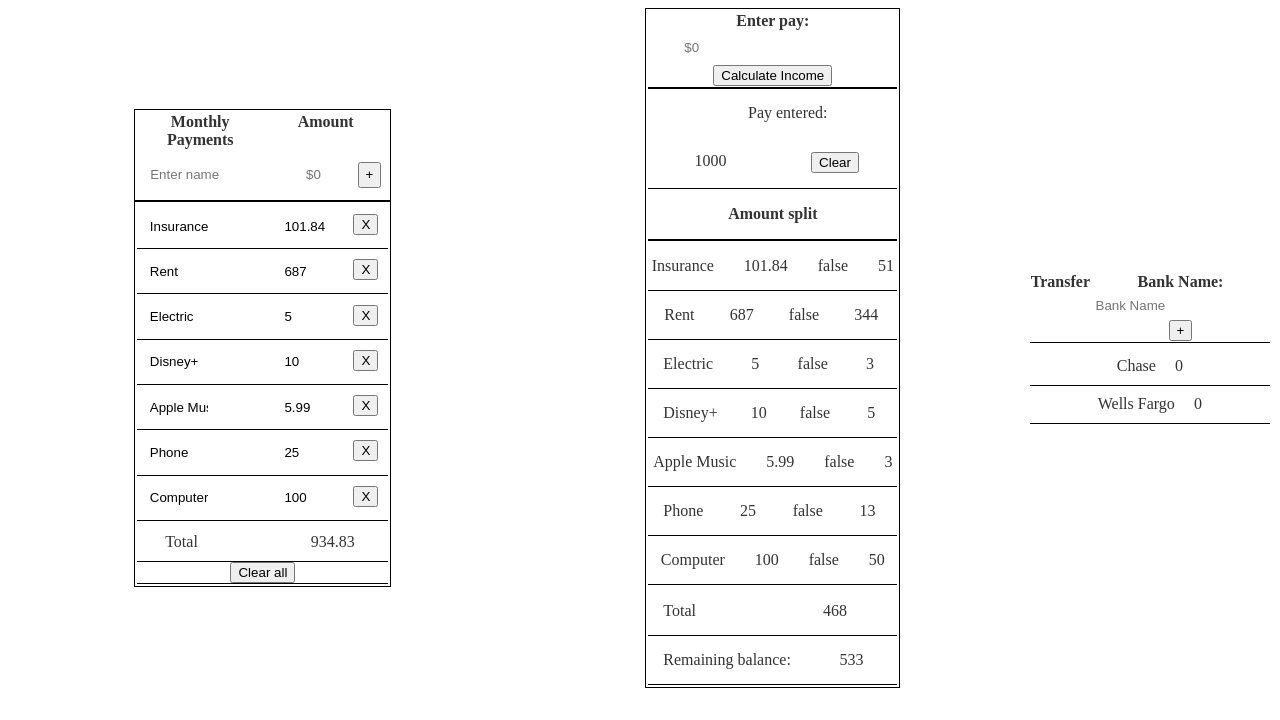
Repository: Kayla-amr/final-project-vue
Page: /
The author's editor kept a copy of each file at every save. The page is drawn from the files as they stood at one save, then again after a run of saves.
The browser window is 1280 px wide. The pictures show the whole page.
The project was rebuilt for these pictures with package versions that can differ from the ones it lists, and the page was loaded fresh each time. Also part of the build but not shown: vite.config.js.

Above is the page before, as saved 2023-04-11 17:33:38.

### src/App.vue
<script setup>
import OutcomeForm from './components/OutcomeForm.vue';
import DocumentBudget from './components/DocumentBudget.vue';
import SplitBudget from './components/SplitBudget.vue';
import BankTransfer from './components/BankTransfer.vue';


</script>

<template>
    <div id="app">
        <div class="budgetFormList">
            <outcome-form @add:budget="addBudgets" />
            <document-budget :budgets="budgets" />
        </div>
        <div class="incomeSplitList">
            <split-budget :budgets="budgets" @add:income="addIncomes" :incomes="incomes" />
        </div>
        <div class="bankTransferList">
            <bank-transfer @add:bank="addBanks" :budgets="budgets" :incomes="incomes" :banks="banks" />
        </div>
    </div>
</template>

<script>
export default {
    name: 'app',
    components: {
        OutcomeForm,
        DocumentBudget,
        SplitBudget,
        BankTransfer
    },
    data() {
        return {
            budgets: [
                {
                    id: 1,
                    name: "Insurance",
                    amount: 101.84,
                    selected: false
                },
                {
                    id: 2,
                    name: "Rent",
                    amount: 687,
                    selected: false
                },
                {
                    id: 3,
                    name: "Electric",
                    amount: 5,
                    selected: false
                },
                {
                    id: 4,
                    name: "Disney+",
                    amount: 10,
                    selected: false
                },
                {
                    id: 5,
                    name: "Apple Music",
                    amount: 5.99,
                    selected: false
                },

                {
                    id: 6,
                    name: "Phone",
                    amount: 25,
                    selected: false
                },
                {
                    id: 7,
                    name: "Computer",
                    amount: 100,
                    selected: false
                }
            ],
            incomes: [
                {
                    id: 1,
                    amount: 1000,
                }

            ],
            banks: [
                {
                    id: 1,
                    name: "Chase",
                    amount: 0,
                },
                {
                    id: 2,
                    name: "Wells Fargo",
                    amount: 0,
                }
            ]
        }
    },

    //map method  or filter

    //property in object true or false



    methods: {
        addBudgets(budget) {
            const addId = this.budgets.length > 0 ? this.budgets[this.budgets.length - 1].id : 0;
            const id = addId + 1;

            const newBudgets = {
                id,
                ...budget
            }

            this.budgets = [...this.budgets, newBudgets]

        },
        addIncomes(income) {
            const addId = this.incomes.length > 0 ? this.incomes[this.incomes.length - 1].id : 0;
            const id = addId + 1;

            const newIncomes = {
                id,
                ...income
            }

            this.incomes = [...this.incomes, newIncomes]
        },
        addBanks(bank) {
            const addId = this.banks.length > 0 ? this.banks[this.banks.length - 1].id : 0;
            const id = addId + 1;

            const newBanks = {
                id,
                ...bank
            }

            this.banks = [...this.banks, newBanks]
        },
        transferHere(selectedBudget, selectedBank) {
            const budget = this.budgets.find((b) => b.id === selectedBudget.id);
            const bank = this.banks.find((b) => b.id === selectedBank.id);

            bank.amount += budget.amount;
            budget.amount = 0;

            this.budgets = [...this.budgets];
            this.banks = [...this.banks];
        },


    }
}
</script>

<style>
#app {
    display: flex;
    flex-direction: row;
    align-items: center;
    width: 100%;
    height: 100%;
    color: #333;
}

.budgetFormList {
    width: 100%;
}

.incomeSplitList {
    width: 100%;
}
</style>

### src/components/OutcomeForm.vue
<template>
  <div>
    <form @submit.prevent="handleSubmit" class="outcomeForm">
      <table>
        <thead>
          <tr>
            <th>Monthly Payments</th>
            <th>Amount</th>
          </tr>
        </thead>
        <tbody>
          <tr>
            <td>
              <input class="name" type="text" v-model="budgets.name" placeholder="Enter name...">
            </td>
            <td class="otd">
              <input class="amount" type="text" v-model="budgets.amount" placeholder="$0" />

              <button type="submit">+</button>
            </td>
          </tr>
        </tbody>
      </table>
    </form>
  </div>
</template>

//Look for string in total and make them numbers

<script>

export default {
  name: 'outcome-form',
  data() {
    return {
      budgets: {
        name: "",
        amount:""
      }
    }
  },
  methods: {
    handleSubmit() {
      const budget = {
        name: this.budgets.name,
        amount: this.budgets.amount
      }
      this.$emit('add:budget', budget)
    }
  }
}
</script>

<style>
table{
    width: 100%;
}
.outcomeForm {
    margin: 0 auto;
    width: 50%;
    border: 1px solid black;
    border-collapse: collapse;
}

.outcomeForm th{
  width: 100%;
}
.otd {
  display: flex;
}
.outcomeForm tr{
    border: none;
    justify-content: space-between;

}

input{
  padding: 2% 0;
  margin: 2% ;
  width: inherit;
  border: none;
}

.name{
    width: 50%;
}
.amount{
    width: 50px;
}
</style>

### src/components/DocumentBudget.vue
<template>
    <div class="document-budget">
        <table>
            <tbody>
                <tr class="budgetList" v-for="budget in budgets" :key="budget.id">
                    <td class="name"> <input type="text" v-model="budget.name"></td>
                    <td class="amount"><input type="text" v-model="budget.amount"></td>
                    <td><button @click="removeBudget(budget.id)">X</button></td>
                </tr>
            </tbody>
            <tfoot>
                <tr>
                    <td class="name">Total</td>
                    <td class="amount">{{ total }}</td>
                </tr>
                <tr><button @click="clearAll()">Clear all</button></tr>
            </tfoot>
        </table>
    </div>

</template>

<script>
export default {
    name: 'document-budget',
    props: {
        budgets: Array
    },
    computed: {
        total() {
    return this.budgets.reduce((total, budget) => {
      return total + parseFloat(budget.amount)
    }, 0)
  }

    },
    methods: {
        removeBudget(id) {
            const index = this.budgets.findIndex(budget => budget.id === id)
            this.budgets.splice(index, 1)
        },
        clearAll(){
            this.budgets.splice(0, this.budgets.length)
        },
    }
}
</script>

<style>
.document-budget {
    margin: 0 auto;
    width: 50%;
    border: 1px solid black;
    border-collapse: collapse;
}
tr{
    width: 100%;
    display: flex;
    border: none;
    justify-content: center;
    border-bottom: 1px solid black;

}
td{
    border: none;
    padding: 2%;
    margin: 2%;
}

tfoot td{
    width: 100%;
}
.document-budget .amount button{
    margin-left: 10px;
}
.amount{
    display: flex;
    flex-direction: row;
    align-items: center;
}

.budgetDivided{
    width: 20%;
}

.budgetDivided td{
    padding: 10px;
    display: flex;
    justify-content: center;
}

</style>

### src/components/SplitBudget.vue
<template>
    <div>
        <table>
            <thead>

            </thead>
            <tbody>

            </tbody>
        </table>
    </div>
    <div>
        <table class="budgetDivided">
            <thead>
                <tr>
                    <th>
                        <form @submit.prevent="handleSubmit">
                            <label for="amount">Enter pay:</label>
                            <input type="text" id="amount" v-model="income.amount" placeholder="$0" />
                            <button type="submit">Calculate Income</button>
                        </form>
                    </th>
                </tr>

                <td>Pay entered: </td>
                <tr v-for="income in incomes" :key="income.id">
                    <td>{{ income.amount }}</td>
                    <td> <button type="delete" @click="deleteIncome(income.id)">Clear</button></td>
                </tr>
                <tr>
                    <th>
                    <td>Amount split</td>
                    </th>

                </tr>

            </thead>
            <tbody>

                <tr v-for="budget in budgets" :key="budget.id" @click="selectBudget(budget)">
                    <td>{{ budget.name }}</td>
                    <td>{{ budget.amount }}</td>
                    <td>{{ budget.selected }}</td>
                    <td>
                        {{ Math.ceil(budget.amount / 2) }}
                    </td>
                </tr>
            </tbody>
            <tfoot>
                <tr>
                    <td class="name">Total</td>
                    <td class="amount totalDivided">{{ Math.ceil(totalDivided) }}</td>
                </tr>
                <tr v-for="income in incomes" :key="income.id">
                    <td>Remaining balance:</td>
                    <td>{{ Math.ceil(income.amount - totalDivided) }}</td>
                </tr>
            </tfoot>
        </table>
    </div>
</template>

<script>
export default {
    name: 'split-budget',
    props: {
        budgets: Array,
        incomes: Array,
        banks: Array
    },
    emits: ['add:income'],
    computed: {
        total() {
            return this.budgets.reduce((total, budget) => {
                return total + budget.amount
            }, 0)
        },
        totalDivided() {
            return this.budgets.reduce((total, budget) => {
                return total + budget.amount / 2
            }, 0)
        }

    },
    data() {
        return {
            income: {
                name: '',
                amount: ''
            }
        }
    },
    methods: {
        handleSubmit() {
            this.$emit('add:income', this.income)
            this.income = {
                name: '',
                amount: ''
            }
        },
        deleteIncome(id) {
            const index = this.incomes.findIndex(income => income.id === id)
            this.incomes.splice(index, 1)
        },
    }
}
</script>

<style>
.budgetDivided {
    margin: 0 auto;
    width: 50%;
    border: 1px solid black;
}

.budgetDivided th {
    width: 100%;
    display: flex;
    justify-content: center;
    border-bottom: 1px solid black;
}

.budgetDivided td {
    width: 100%;
    display: flex;
    white-space: nowrap;
}

.budgetDivided .name {
    display: flex;
    justify-content: flex-start;
}
</style>

### src/components/BankTransfer.vue
<template>
    <div>
        <form @submit.prevent="handleSubmit">
            <table>
                <thead>
                    <tr>
                        <th>
                            Transfer
                        </th>
                        <th>
                            <label for="name">Bank Name:</label>
                            <input type="text" id="bankName" v-model="bank.name" placeholder="Bank Name" />
                            <button type="submit">+</button>
                        </th>
                    </tr>
                </thead>
            </table>
        </form>
    </div>
    <div>
        <table>
            <tbody>

                <tr v-for="bank in banks" :key="bank.id" @click="selectBank(bank)">
                    <td>{{ bank.name }}</td>
                    <td>{{ bank.amount }}</td>
                </tr>

            </tbody>
        </table>
    </div>
</template>

<script>
export default {
    name: 'bank-transfer',
    props: {
        banks: Array
    },
    emits: ['add:bank'],
    computed: {
        total() {
            return this.banks.reduce((total, bank) => total + bank.amount, 0)
        }

    },
    data() {
        return {
            bank: {
                name: '',
                amount: 0
            },
            selectedBudget: null,
            selectedBank: null,
        }
    },
    methods: {
        removeBank(id) {
            const index = this.banks.findIndex(bank => bank.id === id)
            // eslint-disable-next-line vue/no-mutating-props
            this.banks.splice(index, 1)
        },
        handleSubmit() {
            this.$emit('add:bank', this.bank)
            this.bank = {
                name: "",
                amount: 0
            }
        },
        selectBudget(budget) {
            this.selectedBudget = budget;
        },
        selectBank(bank) {
            this.selectedBank = bank;
        }

    }
}
</script>

Loaded but not shown: index.html (common file); src/main.js (common file)

After the next 3 saves:
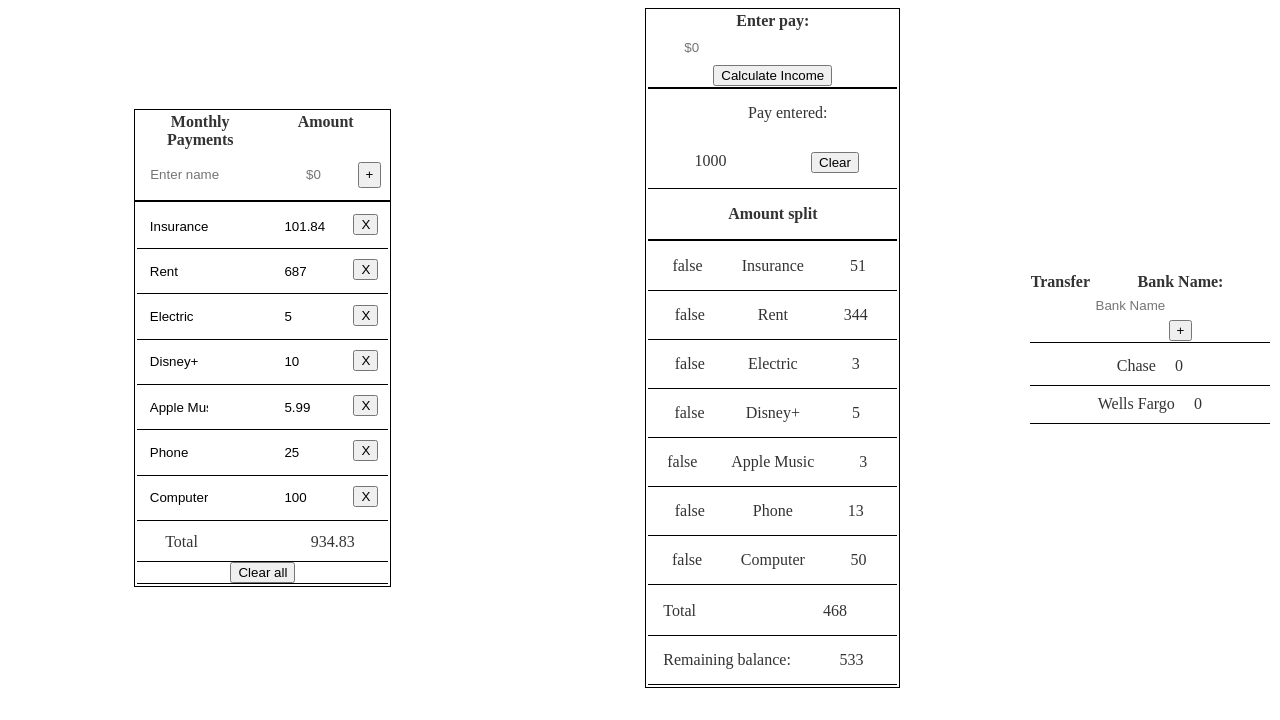
The 3 saves are shown as one change because they came seconds apart.
The last was saved 20 s later.
--- a/src/components/SplitBudget.vue
+++ b/src/components/SplitBudget.vue
@@ -38,9 +38,9 @@
             <tbody>
 
                 <tr v-for="budget in budgets" :key="budget.id" @click="selectBudget(budget)">
+                    <td>{{ budget.selected }}</td>
                     <td>{{ budget.name }}</td>
-                    <td>{{ budget.amount }}</td>
-                    <td>{{ budget.selected }}</td>
+
                     <td>
                         {{ Math.ceil(budget.amount / 2) }}
                     </td>
